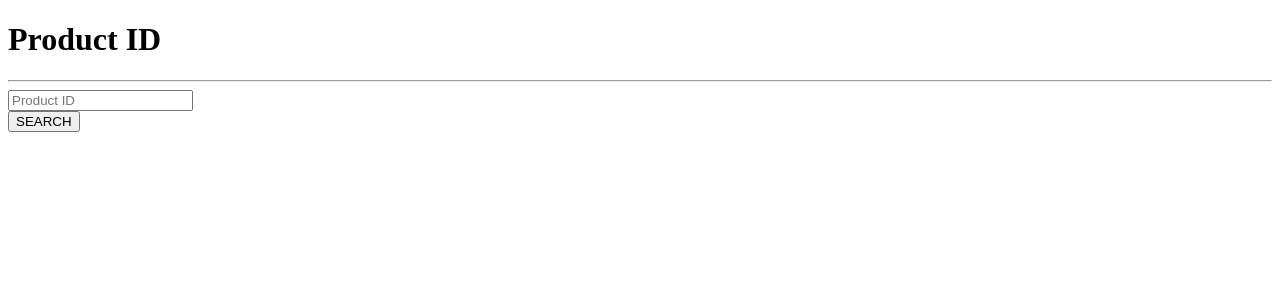
Repository: Aishwarya20-20/Practice_Project
Page: PHASE_2_PROJECTS/Retrieving_The_Product/src/main/webapp/index.html
An editor plug-in stored every save of this project. The page is shown before and after the next save, followed by the edit.
The browser window is 1280 px wide. The pictures show the whole page.

Above is the page before, as saved 2022-03-21 13:09:16.

### PHASE_2_PROJECTS/Retrieving_The_Product/src/main/webapp/index.html
<!DOCTYPE html>
<html>
<head>
<meta charset="ISO-8859-1">
<title>Product ID</title>
</head>
<body>
<h1>Product ID</h1>
<hr>
<form action="login">
<input type="text" name="p_ID" placeholder="Product ID"><br>
<input type="submit" value="SEARCH">
</form>
</body>
</html>

After the next save:
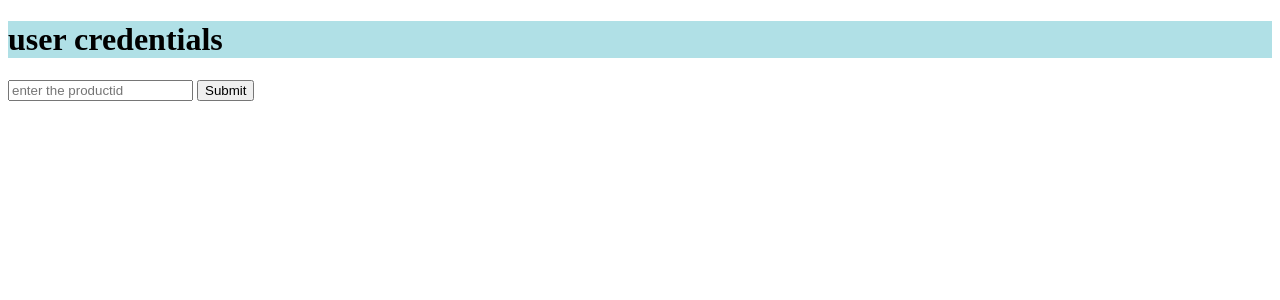
Saved 13 min 30 s later.
--- a/PHASE_2_PROJECTS/Retrieving_The_Product/src/main/webapp/index.html
+++ b/PHASE_2_PROJECTS/Retrieving_The_Product/src/main/webapp/index.html
@@ -1,15 +1,16 @@
+
+
 <!DOCTYPE html>
 <html>
 <head>
 <meta charset="ISO-8859-1">
-<title>Product ID</title>
+<title>Insert title here</title>
 </head>
 <body>
-<h1>Product ID</h1>
-<hr>
-<form action="login">
-<input type="text" name="p_ID" placeholder="Product ID"><br>
-<input type="submit" value="SEARCH">
+<h1 style="background-color:powderblue;">user credentials</h1>
+<form action="productid" method="post">
+ <input type="text" name="productid" placeholder="enter the productid">
+ <button>Submit</button>
 </form>
 </body>
 </html>
